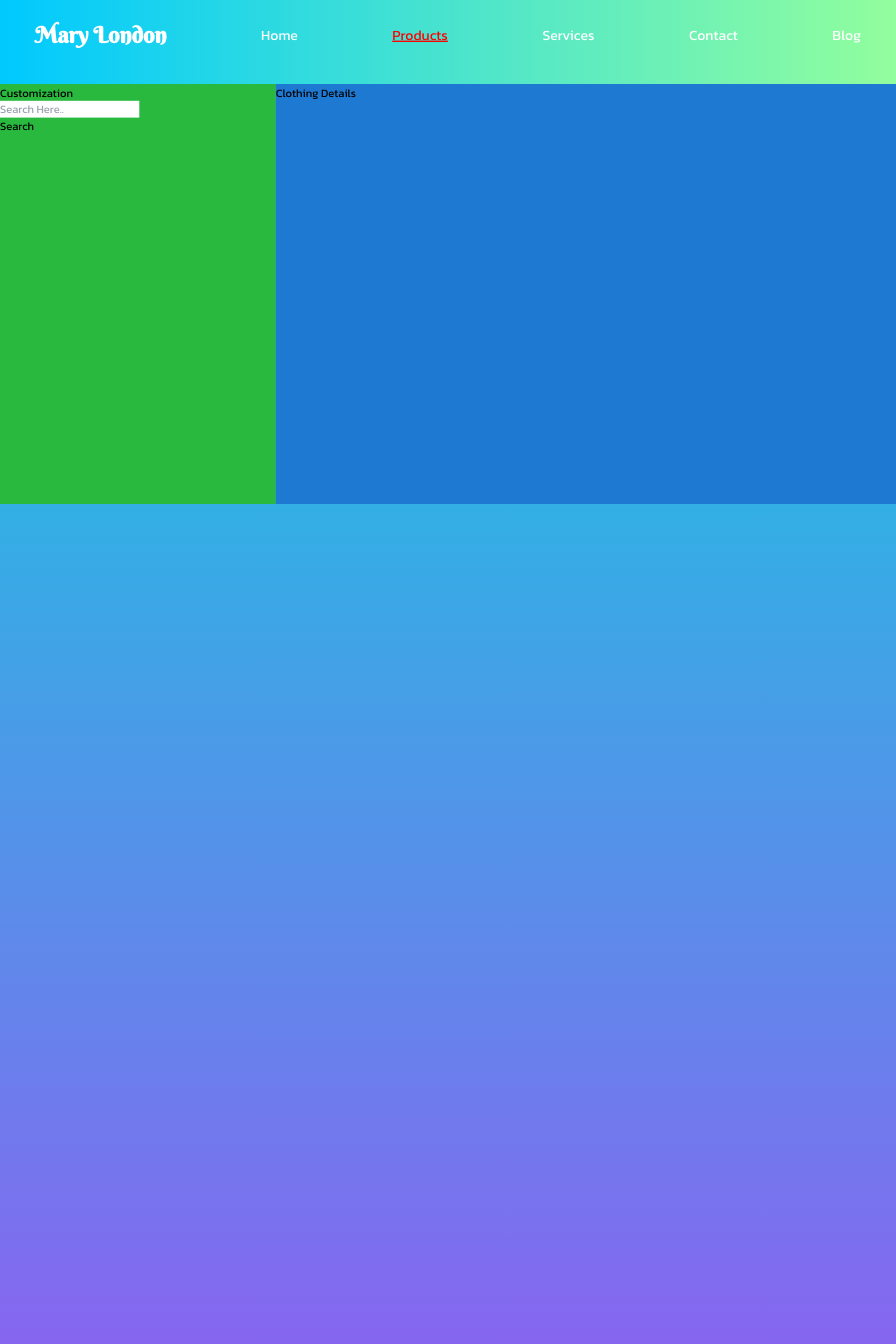
Repository: Habeebur1493/test2
Page: /products/clothing
These files come from the project's save history. The page is drawn as it stood at one moment and after the next save; the edit follows.
The browser window is 1280 px wide. The pictures show the part of the page from y = 0 to 1920 px (the page is 3600 px tall), at 70% of full size.
The project was rebuilt for these pictures with package versions that can differ from the ones it lists, and the page was loaded fresh each time. Also part of the build but not shown: vite.config.js, src/Frontend/Loader/loaderstyle.css, src/Frontend/Firstpage/Home.jsx, src/Frontend/Firstpage/Products.jsx, src/Frontend/Firstpage/Services.jsx, src/Frontend/Firstpage/Contact.jsx, src/Frontend/Firstpage/Blog.jsx.

Above is the page before, as saved 2024-12-28 23:27:50.

### index.html
<!doctype html>
<html lang="en">
  <head>
    <meta charset="UTF-8" />
    <meta name="viewport" content="width=device-width, initial-scale=1.0" />
    <link rel="stylesheet" href="https://fonts.googleapis.com/css2?family=Archivo:ital,wght@0,100..900;1,100..900&display=swap">
    <link href='https://unpkg.com/boxicons@2.1.4/css/boxicons.min.css' rel='stylesheet'>
    <title>MaryLondon</title>
  </head>
  <body>


    <div id="root"></div>
    <script type="module" src="/src/main.jsx"></script>
  </body>
</html>

### src/main.jsx
import { createRoot } from "react-dom/client";
import "./index.css";
import App from "./App";
import FrontendContext from "./context/FrontendContext";
import { BrowserRouter } from "react-router-dom";

createRoot(document.getElementById("root")).render(
  <FrontendContext>
    <BrowserRouter>
      <App />
    </BrowserRouter>
  </FrontendContext>
);

### src/App.jsx
import React from "react";
import { Route, Routes } from "react-router-dom";
import Pageloader from "./Frontend/Loader/PageLoader";
import Page1 from "./Frontend/Firstpage/Page1";
import Home from "./Frontend/Firstpage/Home";
import Products from "./Frontend/Firstpage/Products";
import Services from "./Frontend/Firstpage/Services";
import Contact from "./Frontend/Firstpage/Contact";
import Blog from "./Frontend/Firstpage/Blog";
import Nav from "./Frontend/Firstpage/Nav";
import "./App.css";
import "./Frontend/Firstpage/page1.css";
import "./Frontend/Loader/loaderstyle.css";
import ClothingDetails from "./Frontend/Firstpage/ClothingDetails";

const App = () => {
  const banners = [
    "https://s7ap1.scene7.com/is/image/adityabirlafashion/AS_D_HB_285_11_24_WinterRetreat_V1?resMode=sharp2&wid=1600&hei=642",
    "https://m.media-amazon.com/images/S/aplus-media-library-service-media/a79fdedf-c088-4a27-925a-5948d42135e6.__CR0,0,1464,600_PT0_SX1464_V1___.jpg",
    "https://images.hindustantimes.com/tech/img/2021/10/06/1600x900/IMG-20211005-WA0007_1633522371964_1633522436021.jpg",
    "https://www.sony.co.in/content/dam/sony/contents/regional-FSMC/india/common/homepage/primary-tout/2024/cich-bravia/CICH-Banner_D.jpg",
    "https://www.boat-lifestyle.com/cdn/shop/files/480_Desktop_2_1440x.png?v=1733813003",
    "https://graphicsfamily.com/wp-content/uploads/2020/07/Shoes-Advertising-Banner-Design-Template-1536x864.jpg",
  ];

  return (
    <div>
      <Pageloader />
      <Page1 />
      <Nav />
      <Routes>
        <Route path="/" element={<Home banners={banners} />} />
        <Route path="/products" element={<Products />} />
        <Route path="/products/:category" element={<ClothingDetails />} />
        <Route path="/services" element={<Services />} />
        <Route path="/contact" element={<Contact />} />
        <Route path="/blog" element={<Blog />} />
      </Routes>
    </div>
  );
};

export default App;

### src/context/FrontendContext.jsx
import { createContext, useState } from "react";




export const datacontext = createContext(null);

const FrontendContext = (props) => {
  const [data, setData] = useState("");

return (
  <datacontext.Provider value={[data, setData]}>
    {props.children}
  </datacontext.Provider>
);
};

export default FrontendContext;

### src/Frontend/Loader/PageLoader.jsx
import React, { useState, useEffect } from "react";
import { gsap } from "gsap";
import "./loaderstyle.css";





const App = () => {
  const [showScreen, setShowScreen] = useState(true);

  // Helper function to split text into individual letters
  const splitText = (text) =>
    text.split("").map((char, index) => (
      <span key={index} className="letter">
        {char}
      </span>
    ));

  // Part 1: Animation for spinning letters
  useEffect(() => {
    const letters = document.querySelectorAll(".letter");

    const animation = gsap.fromTo(
      letters,
      { rotationY: 0 },
      {
        rotationY: 360,
        duration: 1,
        repeat: -1,
        ease: "power1.inOut",
        stagger: 0.1,
      }
    );

    return () => {
      animation.kill();
    };
  }, []);

  // Part 2: Screen timeout
  useEffect(() => {
    const timer = setTimeout(() => {
      setShowScreen(false);
    }, 3000);

    return () => clearTimeout(timer);
  }, []);

  return (
    <div>
      {showScreen ? (
        <div className="screen">
          <div className="text-container">
            <div className="text">{splitText("Mary")}</div>
            <div className="loader"></div>
            <div className="text">{splitText("London")}</div>
          </div>
        </div>
      ) : (
        <div>

        </div>
      )}
    </div>
  );
};

export default App;

### src/Frontend/Firstpage/Page1.jsx
import React from "react";
import "./page1.css";


const Page1 = () => {
  return (
    <div className="page1">

    </div>
  );
};

export default Page1;

### src/Frontend/Firstpage/Nav.jsx
import React, { useEffect } from "react";
import { NavLink } from "react-router-dom";
import gsap from "gsap";
import "./page1.css";

const Nav = () => {
  const activeStyle = {
    textDecoration: "underline",
    color: "red",

};

  useEffect(() => {
    const navLinks = document.querySelectorAll("nav a");


    // Animate the navigation links
    gsap.from(navLinks, {
      opacity: 0,
      x: -50,
      duration: 1,
      delay: 4,
      stagger: 0.2, // Adds a delay between each link
    });
  }, []);

  return (
    <nav>
      <h1>Mary London</h1>

      <NavLink to="/" style={({ isActive }) => (isActive ? activeStyle : null)}>
        Home
      </NavLink>
      <NavLink to="/products" style={({ isActive }) => (isActive ? activeStyle : null)}>
        Products
      </NavLink>
      <NavLink to="/services" style={({ isActive }) => (isActive ? activeStyle : null)}>
        Services
      </NavLink>
      <NavLink to="/contact" style={({ isActive }) => (isActive ? activeStyle : null)}>
        Contact
      </NavLink>
      <NavLink to="/blog" style={({ isActive }) => (isActive ? activeStyle : null)}>
        Blog
      </NavLink>
    </nav>
  );
};

export default Nav;

### src/App.css
@import url('https://fonts.googleapis.com/css2?family=Berkshire+Swash&display=swap');



body{
    background-color: #cc9b9b;
}

nav{
    display: flex;
    justify-content: space-between;
    align-items: center;
    padding: 0px 50px;
    background-color: #b9abf700;
    color: #fff;


}
nav ul{
    display: flex;
    list-style: none;
    gap: 10px;
    font-size: 20px;
    padding: 20px;
    font-weight: 600;


}
nav ul li a{
    cursor: pointer;
    text-decoration: none;
    color: #fff;

}


.page1{
    height: 100%;
    width: 100%;

}

.logo{
    display: flex;
    align-items: center;
    margin-top: 20px;
}
.logo img{
    width: 120px;
    height: 120px;
    padding-bottom: 15px;
}

.logo h1{
    font-size: 32px;
    color: black;
    font-weight: 900;
    font-family: Berkshire Swash;
    border-bottom: 5px solid black;
    display: inline-block;
    width: 160px;
    text-align: center;

}

### src/Frontend/Firstpage/page1.css
@import url('https://fonts.googleapis.com/css2?family=Berkshire+Swash&display=swap');
@import url('https://fonts.googleapis.com/css2?family=Kanit:ital,wght@0,100;0,200;0,300;0,400;0,500;0,600;0,700;0,800;0,900;1,100;1,200;1,300;1,400;1,500;1,600;1,700;1,800;1,900&display=swap');


*{
  margin: 0;
  padding: 0;
  box-sizing: border-box;
}

html, body{
  height: 500vh;
  width: 100%;
}

body{
  font-family: "Kanit", serif;
  background-image: linear-gradient(to top, #fc00ff, #00dbde);
}


nav{
    display: flex;
    justify-content: space-evenly;
    align-items: center;
    gap: 10px;
    height: 100px;
    width: 100%;
    font-family: "Kanit", serif;
    position: fixed;
    z-index: 1;
    font-size: 20px;
    color: #fff;
}


.page1{
    height: 100%;
    width: 100%;
}
nav h1{
    font-size: 32px;
    color: #fff;
    font-weight: 900;
    font-family: Berkshire Swash;
    text-align: center;
}

.slider-container {
    position: relative;
    width: 80%;
    height: 600px;
    overflow: hidden;
    margin: 0 auto;
    padding-top: 150px;
}

  .slider-wrapper {
    width: 100%;
    height: 100%;
  }

  .slider-content {
    display: flex;
    transition: transform 0.3s ease-in-out;
    height: 100%;
  }

  .slide {
    width: 100%;
    height: 100%;
    flex-shrink: 0;
  }

  .prev-button,
  .next-button {
    position: absolute;
    top: 60%;
    transform: translateY(-50%);
    background: rgba(238, 236, 236, 0.5);
    color: white;
    border: none;
    padding: 10px 15px;
    cursor: pointer;
    z-index: 1000;
    border-radius: 50%;
}

  .prev-button {
    left: 10px;
  }

  .next-button {
    right: 10px;
  }

  .dots {
    position: absolute;
    bottom: 15px;
    left: 50%;
    transform: translateX(-50%);
    display: flex;
    gap: 5px;
  }

  .dot {
    width: 10px;
    height: 10px;
    background: white;
    border-radius: 50%;
    cursor: pointer;
  }

  .dot.active {
    background: black;
  }


  .container{
    grid-template-rows: 2fr 1fr 1fr;
    grid-template-columns: 1fr 1fr 1fr;
    display: grid;
    justify-items: center;
    align-items: center;
    height: 100vh;
    width: 100%;
    z-index: 1;
    padding-top: 90px;
    padding-left: 50px;

  }

  .container .box1{
    background-color: blue;
    height: 200px;
    width: 400px;
    box-shadow: 0 0 10px rgba(0, 0, 0, 0.2);
    transition: transform 0.3s ease-in-out;
    cursor: pointer;
  }
  .container .box2{
    background-color: blue;
    height: 200px;
    width: 400px;
    box-shadow: 0 0 10px rgba(0, 0, 0, 0.2);
    transition: transform 0.3s ease-in-out;
    cursor: pointer;
  }
  .container .box3{
    background-color: blue;
    height: 200px;
    width: 400px;
    box-shadow: 0 0 10px rgba(0, 0, 0, 0.2);
    transition: transform 0.3s ease-in-out;
    cursor: pointer;
  }
 .container .box4{
    background-color: blue;
    height: 200px;
    width: 400px;
    box-shadow: 0 0 10px rgba(0, 0, 0, 0.2);
    transition: transform 0.3s ease-in-out;
    cursor: pointer;
  }
  .container .box5{
    background-color: blue;
    height: 200px;
    width: 400px;
    box-shadow: 0 0 10px rgba(0, 0, 0, 0.2);
    transition: transform 0.3s ease-in-out;
    cursor: pointer;
  }
  .container .box6{
    background-color: blue;
    height: 200px;
    width: 400px;
    box-shadow: 0 0 10px rgba(0, 0, 0, 0.2);
    transition: transform 0.3s ease-in-out;
    cursor: pointer;


}

  .container .box1:hover{
    transform: scale(1.1);
  }
  .container .box2:hover{
    transform: scale(1.1);
  }
  .container .box3:hover{
    transform: scale(1.1);
  }
  .container .box4:hover{
    transform: scale(1.1);
  }
  .container .box5:hover{
    transform: scale(1.1);
  }
  .container .box6:hover{
    transform: scale(1.1);
  }


  .container h1{
    text-align: center;
    color: #fff;
    font-family: 'Gill Sans', 'Gill Sans MT', Calibri, 'Trebuchet MS', sans-serif;
    font-size: 30px;
  }


  .ClothingDetails{
    background-image: linear-gradient(to right, #00C9FF,#92FE9D);
    height: 100vh;
  }


  .container1{
  display: flex;
  justify-content: space-around;
  align-items: center;

}

  .column1{
    height: 600px;
    width: 400px;
    background-color: #29b93f;
    margin-top: 120px;
  }

  .column2{
    height: 600px;
    width: 900px;
    background-color: #1e79d3;
    margin-top: 120px;
  }

### src/Frontend/Firstpage/ClothingDetails.jsx
import React from "react";
import "./page1.css";
import { useNavigate, useParams, useLocation } from "react-router-dom";

const ClothingDetails = () => {
  const params = useParams();
  const loacation = useLocation();

  console.log(loacation);

  return (
    <div className="ClothingDetails">
      <div className="container1">

        <div className="column1">
          <h1>Customization</h1>
          <input type="text" placeholder="Search Here.." /><br />

          <button>Search</button>
        </div>

        <div className="column2">
          <h1>Clothing Details</h1>
          <div></div>
        </div>

      </div>
    </div>
  );
};

export default ClothingDetails;

Loaded but not shown: src/index.css (common file); tailwind.config.js (common file)

After the next save:
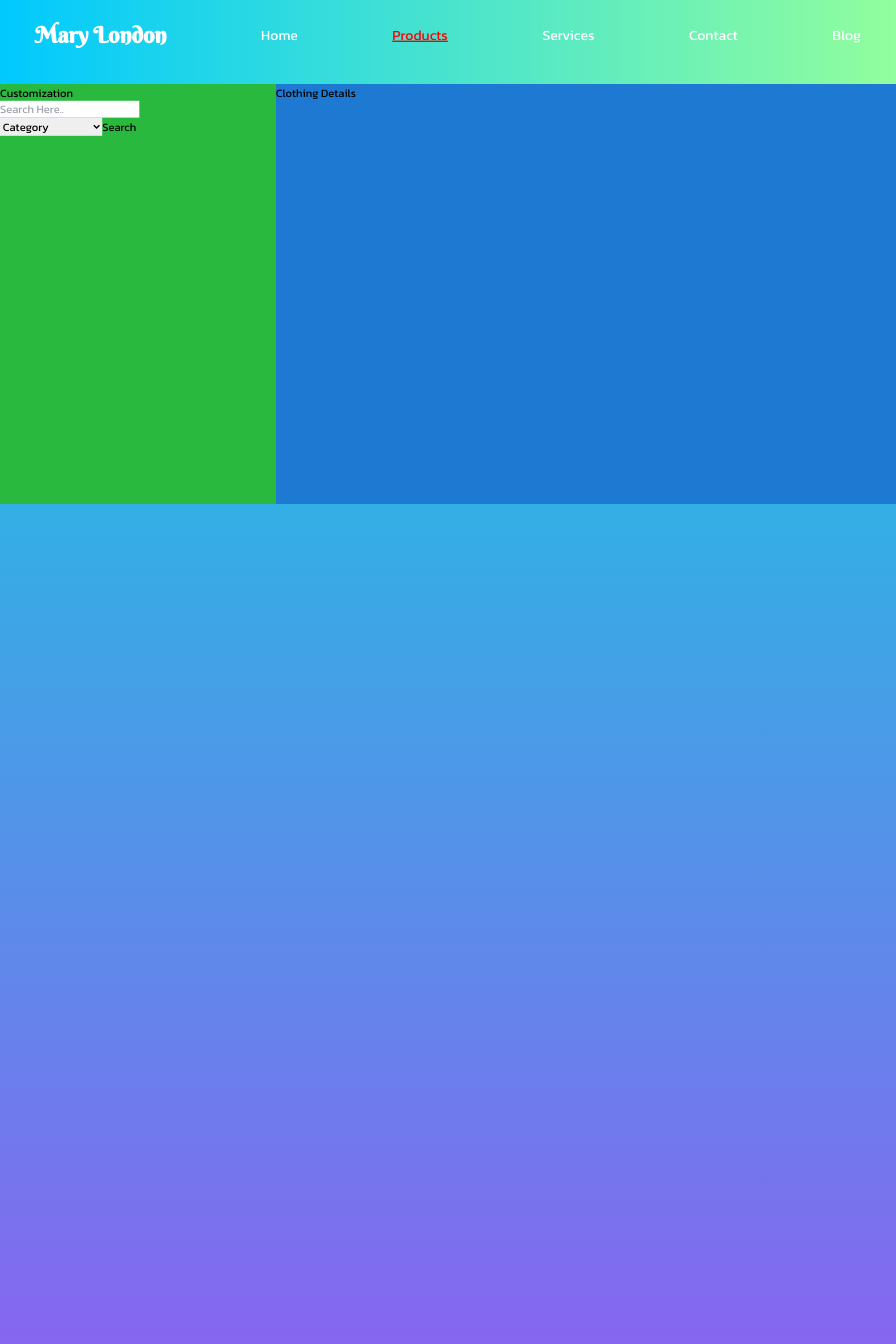
Saved 2 min 40 s later.
--- a/src/Frontend/Firstpage/ClothingDetails.jsx
+++ b/src/Frontend/Firstpage/ClothingDetails.jsx
@@ -15,7 +15,15 @@ const ClothingDetails = () => {
         <div className="column1">
           <h1>Customization</h1>
           <input type="text" placeholder="Search Here.." /><br />
-
+          <select name="Products" id="Products">
+            <option value="">Category</option>
+            <option value="Clothing">Clothing</option>
+            <option value="Mobile Phones">Mobile Phones</option>
+            <option value="Headphones">Headphones</option>
+            <option value="Watches">Watches</option>
+            <option value="Telivision">Telivision</option>
+            <option value="Shoes">Home Appliances</option>
+          </select>
           <button>Search</button>
         </div>
 
